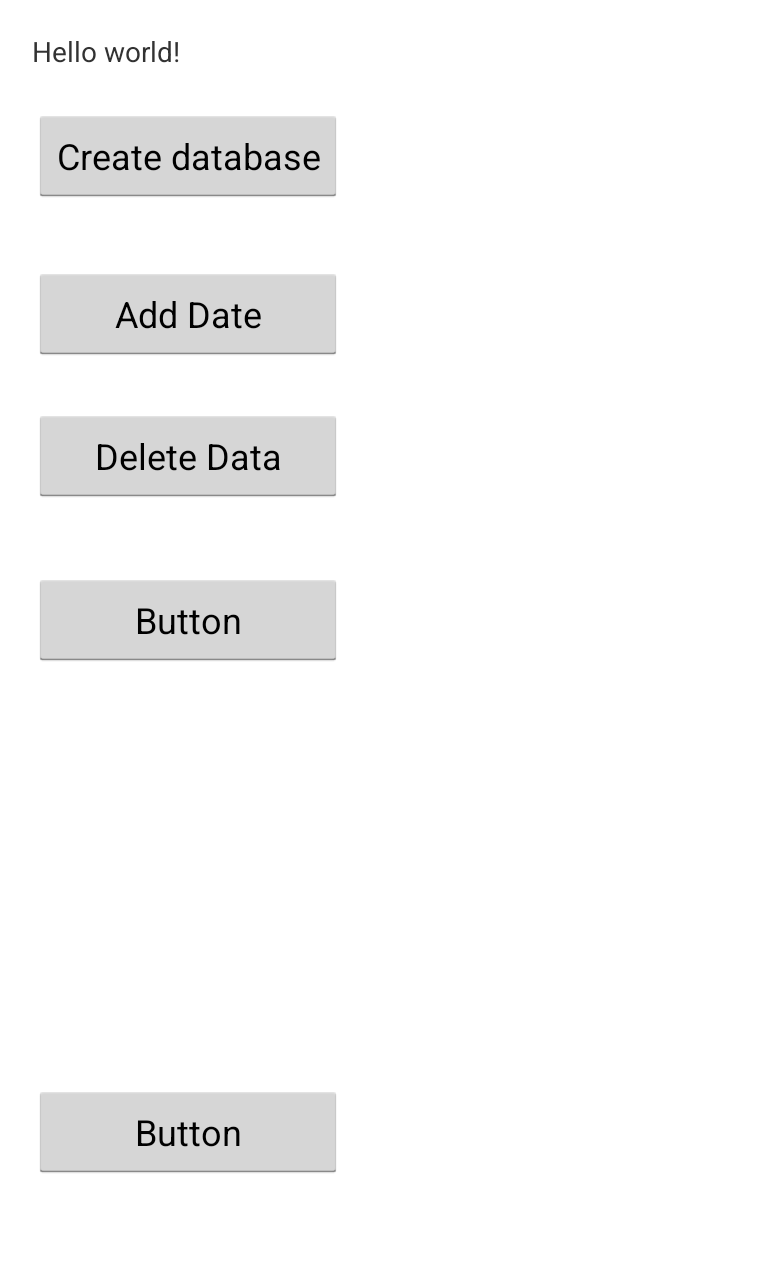
Repository: superlikex/Android_task
Layout: DatabaseTest/res/layout/activity_main.xml
An editor plug-in stored every save of this project. The layout is shown before and after the next save, followed by the edit.
It is drawn on a 768 x 1280 px phone screen (xhdpi) without system bars, with theme AppTheme; the app's code is not run.

Above is the layout before, as saved 2015-12-06 06:17:45.

### DatabaseTest/res/layout/activity_main.xml
<RelativeLayout xmlns:android="http://schemas.android.com/apk/res/android"
    xmlns:tools="http://schemas.android.com/tools"
    android:layout_width="match_parent"
    android:layout_height="match_parent"
    android:paddingBottom="@dimen/activity_vertical_margin"
    android:paddingLeft="@dimen/activity_horizontal_margin"
    android:paddingRight="@dimen/activity_horizontal_margin"
    android:paddingTop="@dimen/activity_vertical_margin"
    tools:context="com.example.databasetest.MainActivity" >

    <TextView
        android:id="@+id/textView1"
        android:layout_width="wrap_content"
        android:layout_height="wrap_content"
        android:text="@string/hello_world" />

    <Button
        android:id="@+id/add_data"
        android:layout_width="wrap_content"
        android:layout_height="wrap_content"
        android:layout_alignLeft="@+id/create_database"
        android:layout_alignRight="@+id/create_database"
        android:layout_below="@+id/create_database"
        android:layout_marginTop="31dp"
        android:text="Add Date" />

    <Button
        android:id="@+id/button1"
        android:layout_width="wrap_content"
        android:layout_height="wrap_content"
        android:layout_alignLeft="@+id/add_data"
        android:layout_alignRight="@+id/add_data"
        android:layout_below="@+id/add_data"
        android:layout_marginTop="23dp"
        android:text="Delete Data" />

    <Button
        android:id="@+id/create_database"
        android:layout_width="wrap_content"
        android:layout_height="wrap_content"
        android:layout_alignLeft="@+id/textView1"
        android:layout_below="@+id/textView1"
        android:layout_marginTop="19dp"
        android:text="Create database" />

    <Button
        android:id="@+id/button2"
        android:layout_width="wrap_content"
        android:layout_height="wrap_content"
        android:layout_alignLeft="@+id/button1"
        android:layout_alignRight="@+id/button1"
        android:layout_below="@+id/button1"
        android:layout_marginTop="34dp"
        android:text="Button" />

    <Button
        android:id="@+id/button3"
        android:layout_width="wrap_content"
        android:layout_height="wrap_content"
        android:layout_alignLeft="@+id/button2"
        android:layout_alignParentBottom="true"
        android:layout_alignRight="@+id/button2"
        android:layout_marginBottom="34dp"
        android:text="Button" />

</RelativeLayout>

### DatabaseTest/res/values/strings.xml
<?xml version="1.0" encoding="utf-8"?>
<resources>

    <string name="app_name">DatabaseTest</string>
    <string name="hello_world">Hello world!</string>
    <string name="action_settings">Settings</string>

</resources>

Loaded but not shown: DatabaseTest/res/values/styles.xml (common file); DatabaseTest/res/values-v11/styles.xml (common file); DatabaseTest/res/values-v14/styles.xml (common file); DatabaseTest/res/values/dimens.xml (common file); DatabaseTest/res/values-w820dp/dimens.xml (common file)

After the next save:
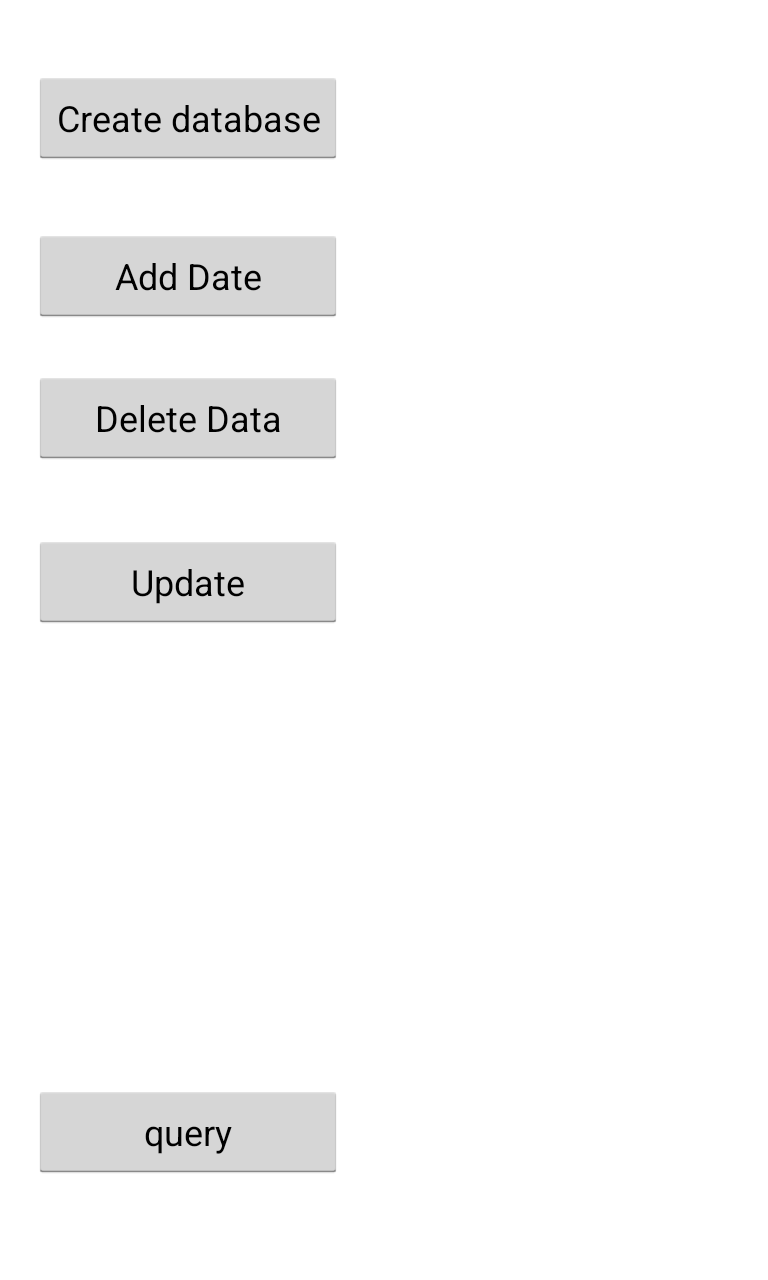
Saved 57 s later.
--- a/DatabaseTest/res/layout/activity_main.xml
+++ b/DatabaseTest/res/layout/activity_main.xml
@@ -8,11 +8,6 @@
     android:paddingTop="@dimen/activity_vertical_margin"
     tools:context="com.example.databasetest.MainActivity" >
 
-    <TextView
-        android:id="@+id/textView1"
-        android:layout_width="wrap_content"
-        android:layout_height="wrap_content"
-        android:text="@string/hello_world" />
 
     <Button
         android:id="@+id/add_data"
@@ -51,7 +46,7 @@
         android:layout_alignRight="@+id/button1"
         android:layout_below="@+id/button1"
         android:layout_marginTop="34dp"
-        android:text="Button" />
+        android:text="Update" />
 
     <Button
         android:id="@+id/button3"
@@ -61,6 +56,6 @@
         android:layout_alignParentBottom="true"
         android:layout_alignRight="@+id/button2"
         android:layout_marginBottom="34dp"
-        android:text="Button" />
+        android:text="query" />
 
 </RelativeLayout>
